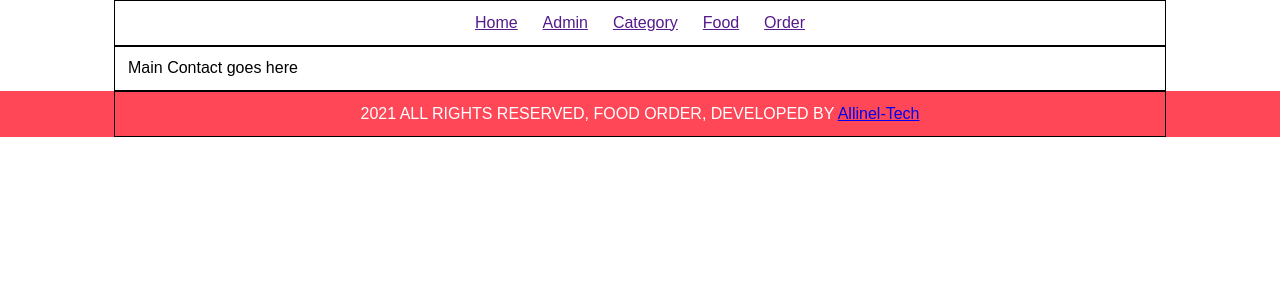
Repository: yazshrilld/food_order
Page: http://localhost/admin/index.php
The author's editor kept a copy of each file at every save. The page is drawn from the files as they stood at one save, then again after the next save.
The browser window is 1280 px wide. The pictures show the whole page.
The page is run by PHP 8.4 with error messages shown; the project is at /var/www/html/.

Above is the page before, as saved 2021-01-24 16:21:15.

### admin/index.php
    <html>
    <head>
        <title>Food Order Website - Home Page</title>
        <link rel="stylesheet" href="../css/admin.css">
    </head>
    <body>
        <!-- Menu Section Starts -->
            <div class="menu text-center">
                <div class="wrapper">
                    <ul>
                        <li><a href="">Home</a></li>
                        <li><a href="">Admin</a></li>
                        <li><a href="">Category</a></li>
                        <li><a href="">Food</a></li>
                        <li><a href="">Order</a></li>
                    </ul>
                </div>
            </div>
        <!-- Menu Section Ends -->

        <!-- Main Content Section Starts -->
            <div class="main-content">
                <div class="wrapper">
                    Main Contact goes here
                </div>
            </div>
        <!-- Main Content Section Ends -->

        <!-- Footer Section Starts -->
            <div class="footer">
                <div class="wrapper">
                    <p class="text-center">2021 ALL RIGHTS RESERVED, FOOD ORDER, DEVELOPED BY <a href="#">Allinel-Tech</a></p>
                </div>
            </div>
        <!-- Footer Section Ends -->

    </body>
</html>

### css/admin.css
/*
    Author: Musa Yazid
    Theme: Food Order Website Admin
    Version: 1.0
*/

* {
    margin: 0;
    padding: 0;
    font-family: Arial, Helvetica, sans-serif;
}

.wrapper {
    border: 1px solid black;
    padding: 1%;
    width: 80%;
    margin: 0 auto;
}

.text-center {
    text-align: center;
}
/* CSS for Menu */
.menu ul {
    list-style-type: none;
}
.menu ul li {
    display: inline;
    padding: 1%;
}
.menu ul li {
    display: inline;
    padding: 1%;
}

/* CSS for footer */
.footer {
    background-color: #ff4757;
    color: white;
}

After the next save:
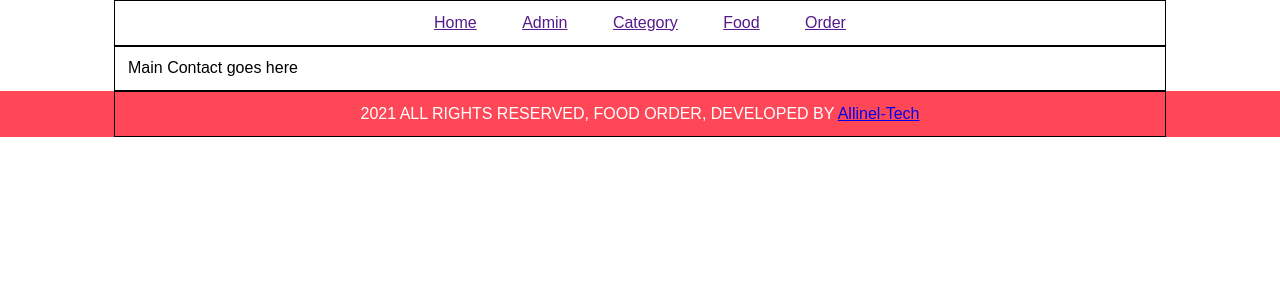
Saved 6 s later.
--- a/css/admin.css
+++ b/css/admin.css
@@ -28,7 +28,7 @@
     display: inline;
     padding: 1%;
 }
-.menu ul li {
+.menu ul li a {
     display: inline;
     padding: 1%;
 }
